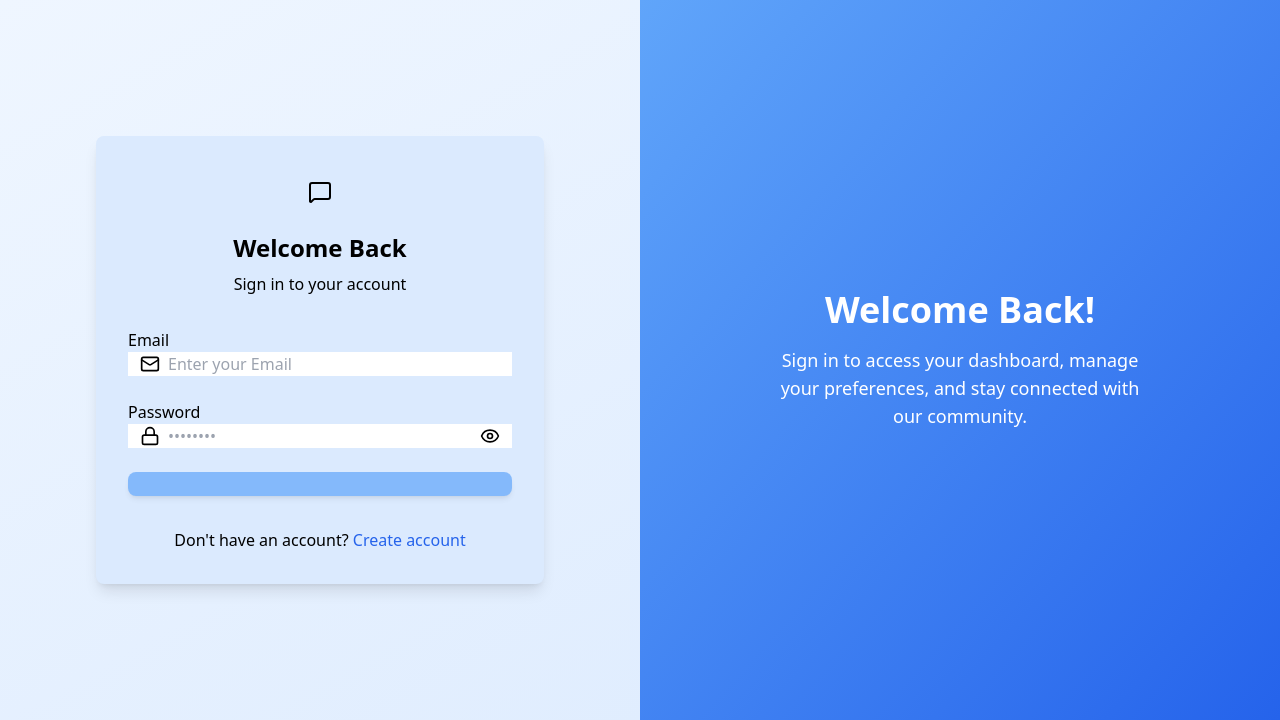
Repository: Subhashree-Nayak507/Test
Page: /login (app in client/)
An editor plug-in stored every save of this project. The page is shown before and after the next save, followed by the edit.
The browser window is 1280 px wide. The pictures show the whole page.
The project was rebuilt for these pictures with package versions that can differ from the ones it lists, and the page was loaded fresh each time. Also part of the build but not shown: client/vite.config.js, client/src/pages/FormPage.jsx, client/src/pages/SignupPage.jsx.

Above is the page before, as saved 2025-01-06 12:54:08.

### client/src/main.jsx
import React from 'react'
import ReactDOM from 'react-dom/client'
import App from './App.jsx'
import './index.css'
import { Provider } from 'react-redux';
import { BrowserRouter } from 'react-router-dom'
import store from './store/store.js';

ReactDOM.createRoot(document.getElementById('root')).render(
    <Provider store={store}>
       <BrowserRouter>
          <App />
        </BrowserRouter>
    </Provider>

)

### client/src/App.jsx
import { Route, Routes } from 'react-router-dom';
import FormPage from './pages/FormPage';
import SignUpPage from './pages/SignupPage';
import LoginPage from './pages/LoginPage';

const App = () =>{
    return (
        < >
         <Routes >
           <Route path="/" element={<SignUpPage />} />
           <Route path="/login" element={<LoginPage />} />
            <Route path="/formPage" element={<FormPage />} />
         </Routes>
        </>

      )
}
export default App;

### client/src/store/store.js
import { configureStore } from '@reduxjs/toolkit';
import formReducer from './FormSlice/FormSlice';
import authReducer from './AuthSlice/AuthSlice';

const store = configureStore({
  reducer: {
    form: formReducer,
    auth :authReducer,
  },
});

export default store;

### client/src/pages/LoginPage.jsx
import { useState } from "react";
import { Link, useNavigate } from "react-router-dom";
import { Eye, EyeOff, Lock, Mail, User, MessageSquare } from "lucide-react";
import { useDispatch, useSelector } from "react-redux";
import { loginUser } from "../store/AuthSlice/AuthSlice.js";

const LoginPage = () => {
  const dispatch = useDispatch();
  const navigate = useNavigate();
  const { isLoading, error } = useSelector((state) => state.auth);

  const [showPassword, setShowPassword] = useState(false);
  const [isRegistering, setIsRegistering] = useState(false);
  const [formData, setFormData] = useState({
    name: "",
    email: "",
    password: "",
  });

  const handleInputChange = (e) => {
    setFormData({
      ...formData,
      [e.target.name]: e.target.value,
    });
  };

  const handleSubmit = async (e) => {
    e.preventDefault();
    const action = loginUser;
    try {
      const resultAction = await dispatch(action(formData));
      if (resultAction.type.endsWith('/fulfilled')) {
        navigate('/dashboard'); // Redirect on success
      }
    } catch (err) {
      console.error('Authentication failed:', err);
    }
  };

  return (
    <div className="h-screen grid lg:grid-cols-2 bg-gradient-to-br from-blue-50 to-blue-100">
      {/* Left Side - Form */}
      <div className="flex flex-col justify-center items-center p-6 sm:p-12">
        <div className="w-full max-w-md space-y-8 bg-blue-100 p-8 shadow-lg rounded-lg">
          {/* Logo */}
          <div className="text-center mb-8">
            <div className="flex flex-col items-center gap-2 group">
              <div className="w-12 h-12 rounded-xl bg-primary/10 flex items-center justify-center group-hover:bg-primary/20 transition-colors">
                <MessageSquare className="w-6 h-6 text-primary" />
              </div>
              <h1 className="text-2xl font-bold mt-2">
                {isRegistering ? "Create Account" : "Welcome Back"}
              </h1>
              <p className="text-base-content/60">
                {isRegistering ? "Sign up for an account" : "Sign in to your account"}
              </p>
            </div>
          </div>

          {error && (
            <div className="bg-red-100 border border-red-400 text-red-700 px-4 py-3 rounded relative">
              {error}
            </div>
          )}

          {/* Form */}
          <form onSubmit={handleSubmit} className="space-y-6">
            {isRegistering && (
              <div className="form-control">
                <label className="label">
                  <span className="label-text font-medium">Name</span>
                </label>
                <div className="relative">
                  <div className="absolute inset-y-0 left-0 pl-3 flex items-center pointer-events-none">
                    <User className="h-5 w-5 text-base-content/40" />
                  </div>
                  <input
                    type="text"
                    name="name"
                    className="input input-bordered w-full pl-10 focus:ring-2 focus:ring-primary focus:outline-none"
                    placeholder="Enter your name"
                    value={formData.name}
                    onChange={handleInputChange}
                  />
                </div>
              </div>
            )}

            <div className="form-control">
              <label className="label">
                <span className="label-text font-medium">Email</span>
              </label>
              <div className="relative">
                <div className="absolute inset-y-0 left-0 pl-3 flex items-center pointer-events-none">
                  <Mail className="h-5 w-5 text-base-content/40" />
                </div>
                <input
                  type="email"
                  name="email"
                  className="input input-bordered w-full pl-10 focus:ring-2 focus:ring-primary focus:outline-none"
                  placeholder="Enter your Email"
                  value={formData.email}
                  onChange={handleInputChange}
                />
              </div>
            </div>

            <div className="form-control">
              <label className="label">
                <span className="label-text font-medium">Password</span>
              </label>
              <div className="relative">
                <div className="absolute inset-y-0 left-0 pl-3 flex items-center pointer-events-none">
                  <Lock className="h-5 w-5 text-base-content/40" />
                </div>
                <input
                  type={showPassword ? "text" : "password"}
                  name="password"
                  className="input input-bordered w-full pl-10 focus:ring-2 focus:ring-primary focus:outline-none"
                  placeholder="••••••••"
                  value={formData.password}
                  onChange={handleInputChange}
                />
                <button
                  type="button"
                  className="absolute inset-y-0 right-0 pr-3 flex items-center"
                  onClick={() => setShowPassword(!showPassword)}
                >
                  {showPassword ? (
                    <EyeOff className="h-5 w-5 text-base-content/40" />
                  ) : (
                    <Eye className="h-5 w-5 text-base-content/40" />
                  )}
                </button>
              </div>
            </div>

            <button
              type="submit"
              disabled={isLoading}
              className="btn btn-primary w-full flex justify-center bg-blue-400 text-black
               items-center py-3 rounded-lg font-semibold shadow-md transition-all duration-300
               hover:bg-primary-focus hover:scale-105 active:scale-95 disabled:opacity-70"
            >
              {isLoading ? (
                <span className="loading loading-spinner"></span>
              ) : (
                "Login"
              )}
            </button>
          </form>

          <div className="text-center">
            <p className="text-base-content/60">
              {isRegistering ? "Already have an account?" : "Don't have an account?"}{" "}
              <button
                onClick={() => setIsRegistering(!isRegistering)}
                className="link link-primary text-blue-600"
              >
                {isRegistering ? "Sign in" : "Create account"}
              </button>
            </p>
          </div>
        </div>
      </div>

      {/* Right Side - Decorative */}
      <div className="hidden lg:flex items-center justify-center bg-gradient-to-br from-blue-400 to-blue-600 text-white">
        <div className="text-center max-w-md p-8">
          <h2 className="text-4xl font-bold mb-4">
            {isRegistering ? "Join Our Community!" : "Welcome Back!"}
          </h2>
          <p className="text-lg">
            {isRegistering
              ? "Create an account to get started with our amazing features and join our growing community."
              : "Sign in to access your dashboard, manage your preferences, and stay connected with our community."}
          </p>
        </div>
      </div>
    </div>
  );
};

export default LoginPage;

### client/src/store/FormSlice/FormSlice.js
import { createSlice, createAsyncThunk } from '@reduxjs/toolkit';
import axios from 'axios';

// Constants
const API_URL = 'http://localhost:5000/form';

// Initial state
const initialState = {
  formData: {
    name: '',
    email: '',
    file: null,
  },
  status: 'idle',
  error: null,
};

// Async thunk for form submission
export const submitForm = createAsyncThunk(
  'form/submitForm',
  async (formData, { rejectWithValue }) => {
    try {
      const data = new FormData();

      data.append('Name', formData.name);
      data.append('email', formData.email);
      data.append('File', formData.file);

      const response = await axios.post(API_URL, data, {
        headers: { 'Content-Type': 'multipart/form-data' },
      });
      return response.data;
    } catch (error) {
      return rejectWithValue(
        error.response?.data || 'Failed to submit form'
      );
    }
  }
);

const formSlice = createSlice({
  name: 'form',
  initialState,
  reducers: {
    updateForm: (state, action) => {
      state.formData = { ...state.formData, ...action.payload };
    },
    resetForm: (state) => {
      state.formData = initialState.formData;
      state.status = 'idle';
      state.error = null;
    },
  },
  extraReducers: (builder) => {
    builder
      .addCase(submitForm.pending, (state) => {
        state.status = 'loading';
        state.error = null;
      })
      .addCase(submitForm.fulfilled, (state) => {
        state.status = 'succeeded';
        state.formData = initialState.formData;
      })
      .addCase(submitForm.rejected, (state, action) => {
        state.status = 'failed';
        state.error = action.payload;
      });
  },
});

export const { updateForm, resetForm } = formSlice.actions;
export default formSlice.reducer;

### client/src/store/AuthSlice/AuthSlice.js
import { createSlice, createAsyncThunk } from "@reduxjs/toolkit";
import axios from "axios";

const initialState = {
  isAuthenticated: false,
  isLoading: true,
  user: null,
  error: null,
};

export const registerUser = createAsyncThunk(
  "/auth/register",
  async (formData, { rejectWithValue }) => {
    try {
      const response = await axios.post(
       " http://localhost:5000/api/auth/signup",
        formData,
        {
          withCredentials: true,
        }
      );
      return response.data;
    } catch (error) {
      return rejectWithValue(error.response.data);
    }
  }
);

export const loginUser = createAsyncThunk(
  "/auth/login",
  async (formData, { rejectWithValue }) => {
    try {
      const response = await axios.post(
        "http://localhost:5000/api/auth/login",
        formData,
        {
          withCredentials: true,
        }
      );
      return response.data;
    } catch (error) {
      return rejectWithValue(error.response.data);
    }
  }
);

export const logoutUser = createAsyncThunk(
  "/auth/logout",
  async () => {
    const response = await axios.post(
      "http://localhost:5000/api/auth/logout",
      {},
      {
        withCredentials: true,
      }
    );
    return response.data;
  }
);

export const checkAuth = createAsyncThunk(
  "/auth/checkauth",
  async (_, { rejectWithValue }) => {
    try {
      const response = await axios.get(
        "http://localhost:5000/api/auth/check-auth",
        {
          withCredentials: true,
          headers: {
            "Cache-Control":
              "no-store, no-cache, must-revalidate, proxy-revalidate",
          },
        }
      );
      return response.data;
    } catch (error) {
      return rejectWithValue(error.response.data);
    }
  }
);

const authSlice = createSlice({
  name: "auth",
  initialState,
  reducers: {
    setUser: (state, action) => {
      state.user = action.payload;
      state.isAuthenticated = true;
    },
  },
  extraReducers: (builder) => {
    builder
      .addCase(registerUser.pending, (state) => {
        state.isLoading = true;
        state.error = null;
      })
      .addCase(registerUser.fulfilled, (state) => {
        state.isLoading = false;
        state.user = null;
        state.isAuthenticated = false;
      })
      .addCase(registerUser.rejected, (state, action) => {
        state.isLoading = false;
        state.error = action.payload  || 'Registration fails';
        state.isAuthenticated = false;
      })

      // Login user
      .addCase(loginUser.pending, (state) => {
        state.isLoading = true;
        state.error = null;
      })
      .addCase(loginUser.fulfilled, (state, action) => {
        state.isLoading = false;
        state.user = action.payload.success ? action.payload.user : null;
        state.isAuthenticated = action.payload.success;
      })
      .addCase(loginUser.rejected, (state, action) => {
        state.isLoading = false;
        state.user = null;
        state.isAuthenticated = false;
        state.error = action.payload;
      })

      // Logout user
      .addCase(logoutUser.fulfilled, (state) => {
        state.isLoading = false;
        state.user = null;
        state.isAuthenticated = false;
      }).addCase(logoutUser.rejected, (state, action) => {
        state.isLoading = false;
        state.error = action.payload;
      })
      // Check authentication status
      .addCase(checkAuth.pending, (state) => {
        state.isLoading = true;
      })
      .addCase(checkAuth.fulfilled, (state, action) => {
        state.isLoading = false;
        state.user = action.payload.success ? action.payload.user : null;
        state.isAuthenticated = action.payload.success;
      })
      .addCase(checkAuth.rejected, (state) => {
        state.isLoading = false;
        state.user = null;
        state.isAuthenticated = false;
      });
  },
});

export const { setUser } = authSlice.actions;
export default authSlice.reducer;

Loaded but not shown: client/index.html (common file); client/src/index.css (common file); client/tailwind.config.js (common file)

After the next save:
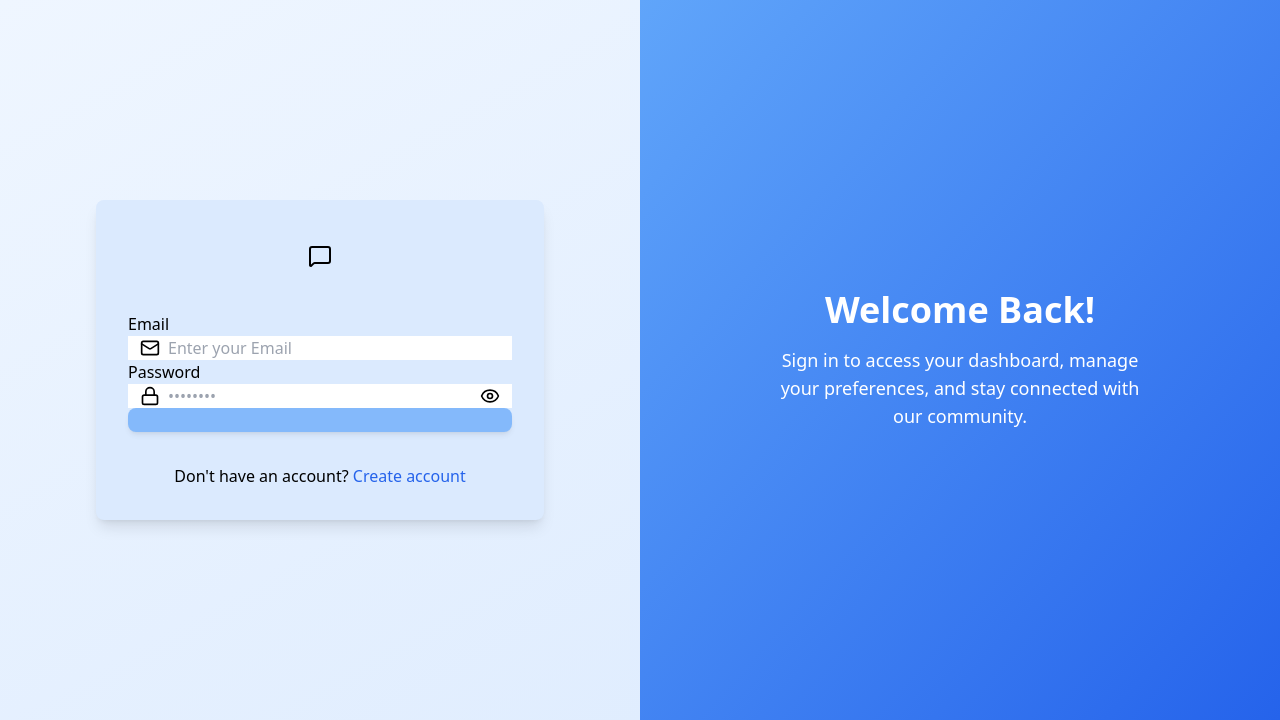
Saved 8 min 48 s later.
--- a/client/src/pages/LoginPage.jsx
+++ b/client/src/pages/LoginPage.jsx
@@ -1,6 +1,6 @@
 import { useState } from "react";
 import { Link, useNavigate } from "react-router-dom";
-import { Eye, EyeOff, Lock, Mail, User, MessageSquare } from "lucide-react";
+import { Eye, EyeOff, Lock, Mail, MessageSquare } from "lucide-react";
 import { useDispatch, useSelector } from "react-redux";
 import { loginUser } from "../store/AuthSlice/AuthSlice.js";
 
@@ -8,13 +8,10 @@ const LoginPage = () => {
   const dispatch = useDispatch();
   const navigate = useNavigate();
   const { isLoading, error } = useSelector((state) => state.auth);
-
   const [showPassword, setShowPassword] = useState(false);
-  const [isRegistering, setIsRegistering] = useState(false);
   const [formData, setFormData] = useState({
-    name: "",
-    email: "",
-    password: "",
+    Email: "",
+    Password: "",
   });
 
   const handleInputChange = (e) => {
@@ -26,11 +23,11 @@ const LoginPage = () => {
 
   const handleSubmit = async (e) => {
     e.preventDefault();
-    const action = loginUser;
     try {
-      const resultAction = await dispatch(action(formData));
-      if (resultAction.type.endsWith('/fulfilled')) {
-        navigate('/dashboard'); // Redirect on success
+      const response = await dispatch(loginUser(formData)).unwrap();
+      if (response.success) {
+        alert("Login successfully");
+        navigate("/dashboard"); // redirect to the dashboard or appropriate page
       }
     } catch (err) {
       console.error('Authentication failed:', err);
@@ -48,12 +45,6 @@ const LoginPage = () => {
               <div className="w-12 h-12 rounded-xl bg-primary/10 flex items-center justify-center group-hover:bg-primary/20 transition-colors">
                 <MessageSquare className="w-6 h-6 text-primary" />
               </div>
-              <h1 className="text-2xl font-bold mt-2">
-                {isRegistering ? "Create Account" : "Welcome Back"}
-              </h1>
-              <p className="text-base-content/60">
-                {isRegistering ? "Sign up for an account" : "Sign in to your account"}
-              </p>
             </div>
           </div>
 
@@ -64,28 +55,7 @@ const LoginPage = () => {
           )}
 
           {/* Form */}
-          <form onSubmit={handleSubmit} className="space-y-6">
-            {isRegistering && (
-              <div className="form-control">
-                <label className="label">
-                  <span className="label-text font-medium">Name</span>
-                </label>
-                <div className="relative">
-                  <div className="absolute inset-y-0 left-0 pl-3 flex items-center pointer-events-none">
-                    <User className="h-5 w-5 text-base-content/40" />
-                  </div>
-                  <input
-                    type="text"
-                    name="name"
-                    className="input input-bordered w-full pl-10 focus:ring-2 focus:ring-primary focus:outline-none"
-                    placeholder="Enter your name"
-                    value={formData.name}
-                    onChange={handleInputChange}
-                  />
-                </div>
-              </div>
-            )}
-
+          <form onSubmit={handleSubmit}>
             <div className="form-control">
               <label className="label">
                 <span className="label-text font-medium">Email</span>
@@ -96,10 +66,10 @@ const LoginPage = () => {
                 </div>
                 <input
                   type="email"
-                  name="email"
+                  name="Email"
                   className="input input-bordered w-full pl-10 focus:ring-2 focus:ring-primary focus:outline-none"
                   placeholder="Enter your Email"
-                  value={formData.email}
+                  value={formData.Email}
                   onChange={handleInputChange}
                 />
               </div>
@@ -115,10 +85,10 @@ const LoginPage = () => {
                 </div>
                 <input
                   type={showPassword ? "text" : "password"}
-                  name="password"
+                  name="Password"
                   className="input input-bordered w-full pl-10 focus:ring-2 focus:ring-primary focus:outline-none"
                   placeholder="••••••••"
-                  value={formData.password}
+                  value={formData.Password}
                   onChange={handleInputChange}
                 />
                 <button
@@ -152,13 +122,10 @@ const LoginPage = () => {
 
           <div className="text-center">
             <p className="text-base-content/60">
-              {isRegistering ? "Already have an account?" : "Don't have an account?"}{" "}
-              <button
-                onClick={() => setIsRegistering(!isRegistering)}
-                className="link link-primary text-blue-600"
-              >
-                {isRegistering ? "Sign in" : "Create account"}
-              </button>
+              Don't have an account?{" "}
+              <Link to="/register" className="link link-primary text-blue-600">
+                Create account
+              </Link>
             </p>
           </div>
         </div>
@@ -167,13 +134,9 @@ const LoginPage = () => {
       {/* Right Side - Decorative */}
       <div className="hidden lg:flex items-center justify-center bg-gradient-to-br from-blue-400 to-blue-600 text-white">
         <div className="text-center max-w-md p-8">
-          <h2 className="text-4xl font-bold mb-4">
-            {isRegistering ? "Join Our Community!" : "Welcome Back!"}
-          </h2>
+          <h2 className="text-4xl font-bold mb-4">Welcome Back!</h2>
           <p className="text-lg">
-            {isRegistering
-              ? "Create an account to get started with our amazing features and join our growing community."
-              : "Sign in to access your dashboard, manage your preferences, and stay connected with our community."}
+            Sign in to access your dashboard, manage your preferences, and stay connected with our community.
           </p>
         </div>
       </div>
